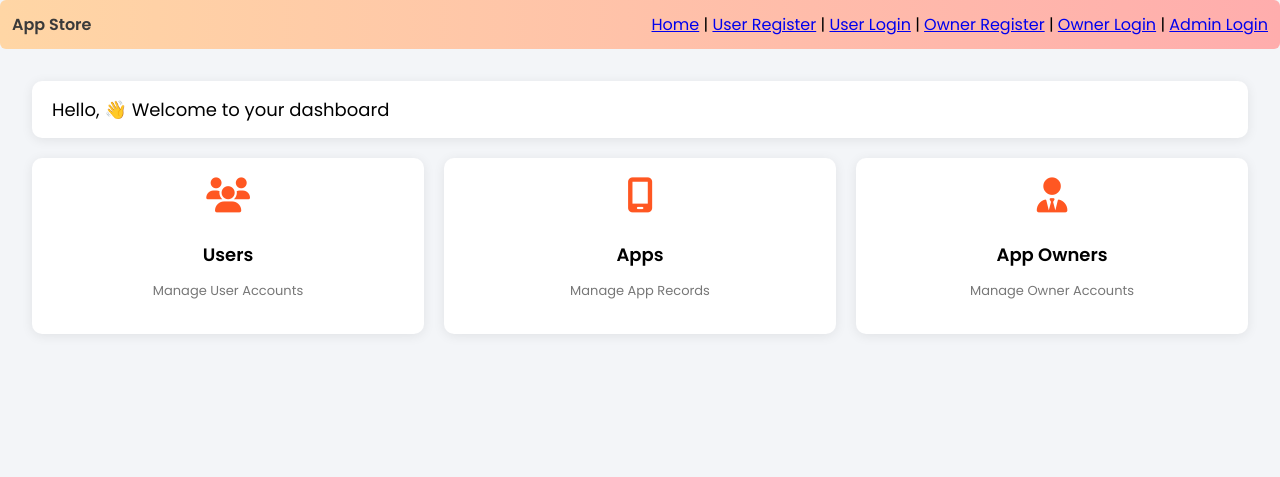
Repository: Harsh91400/Capstone_Project
Page: http://localhost/frontend-service/WEB-INF/views/admin-dashboard.jsp
The author's editor kept a copy of each file at every save. The page is drawn from the files as they stood at one save, then again after the next save.
The browser window is 1280 px wide. The pictures show the whole page.
The page is served by Tomcat 9. Nobody is signed in. Other server files are loaded and not shown. The template is opened directly, without the code that normally fills it, so the values that code supplies are empty.

Above is the page before, as saved 2025-12-05 07:27:29.

### spring-eureka-project/frontend-service/src/main/webapp/WEB-INF/views/admin-dashboard.jsp
<%@ taglib uri="http://java.sun.com/jsp/jstl/core" prefix="c" %>
<%@ page contentType="text/html;charset=UTF-8" language="java" %>
<html>
<head>
    <title>Admin Dashboard</title>

    <!-- Google Fonts + Icons CDN -->
    <link href="https://fonts.googleapis.com/css2?family=Poppins:wght@300;400;600&display=swap" rel="stylesheet">
    <link rel="stylesheet" href="https://cdnjs.cloudflare.com/ajax/libs/font-awesome/6.5.0/css/all.min.css">

    <style>
        body {
            font-family: 'Poppins', sans-serif;
            background: #f3f5f8;
            margin: 0;
            padding: 0;
        }
        .container {
            width: 95%;
            margin: auto;
            padding: 20px;
        }
        .welcome-box {
            background: #ffffff;
            padding: 15px 20px;
            border-radius: 10px;
            box-shadow: 0 2px 12px rgba(0,0,0,0.08);
            font-size: 18px;
            margin-bottom: 20px;
        }
        .welcome-box span {
            font-weight: 600;
            color: #ff5722;
        }

        /* ==== DASHBOARD CARDS ==== */
        .dashboard-cards {
            display: flex;
            justify-content: space-between;
            gap: 20px;
            margin-bottom: 25px;
        }
        .card {
            flex: 1;
            background: #fff;
            padding: 20px;
            border-radius: 10px;
            cursor: pointer;
            text-align: center;
            box-shadow: 0 2px 12px rgba(0,0,0,0.08);
            transition: 0.25s ease;
        }
        .card:hover {
            transform: translateY(-4px);
            box-shadow: 0 4px 18px rgba(0,0,0,0.12);
        }
        .card i {
            font-size: 35px;
            color: #ff5722;
            margin-bottom: 10px;
        }
        .card h3 {
            font-size: 18px;
            margin-bottom: 5px;
            font-weight: 600;
        }
        .card p {
            font-size: 13px;
            color: #777;
        }
        .card-active {
            border: 2px solid #ff9800;
        }

        /* === SECTION STYLE === */
        .section-title {
            margin-top: 10px;
            background: #ffcc80;
            padding: 6px 10px;
            border-radius: 4px;
            font-weight: 600;
        }

        table {
            border-collapse: collapse;
            width: 100%;
            background: white;
            font-size: 14px;
            box-shadow: 0 2px 12px rgba(0,0,0,0.08);
        }
        th, td {
            border: 1px solid #eee;
            padding: 8px;
        }
        th {
            background: #ffe0b2;
        }

        .btn-delete, .btn-activate {
            padding: 4px 8px;
            border-radius: 4px;
            border: none;
            cursor: pointer;
            font-size: 12px;
            color: white;
        }
        .btn-delete{
            background: #e53935;
        }
        .btn-activate {
            background: #43a047;
        }

        .badge-active {
            background: #43a047;
            color: white;
            padding: 3px 6px;
            border-radius: 4px;
        }
        .badge-inactive {
            background: #e53935;
            color: white;
            padding: 3px 6px;
            border-radius: 4px;
        }

        /* Sections hidden by default */
        .section-panel {
            display: none;
            margin-bottom: 25px;
        }
    </style>

    <script>
        // ek hi place pe state manage
        function showSection(section) {
            const sections = ['users', 'apps', 'owners'];

            sections.forEach(s => {
                const panel = document.getElementById(s + '-panel');
                const card  = document.getElementById(s + '-card');
                if (panel) {
                    panel.style.display = (s === section) ? 'block' : 'none';
                }
                if (card) {
                    if (s === section) card.classList.add('card-active');
                    else card.classList.remove('card-active');
                }
            });
        }

        // page load pe koi table nahi dikhana ho to kuch mat call karo
        // agar Users default dikhana ho to:
        // window.onload = function() { showSection('users'); };
    </script>
</head>
<body>

<jsp:include page="navbar.jsp"/>

<div class="container">

    <!-- WELCOME MESSAGE -->
    <div class="welcome-box">
        Hello, <span>${sessionScope.userName}</span> 👋
        Welcome to your dashboard
    </div>

    <!-- CARDS / TABS -->
    <div class="dashboard-cards">
        <div class="card" id="users-card" onclick="showSection('users')">
            <i class="fa-solid fa-users"></i>
            <h3>Users</h3>
            <p>Manage User Accounts</p>
        </div>

        <div class="card" id="apps-card" onclick="showSection('apps')">
            <i class="fa-solid fa-mobile-screen"></i>
            <h3>Apps</h3>
            <p>Manage App Records</p>
        </div>

        <div class="card" id="owners-card" onclick="showSection('owners')">
            <i class="fa-solid fa-user-tie"></i>
            <h3>App Owners</h3>
            <p>Manage Owner Accounts</p>
        </div>
    </div>

    <!-- USERS SECTION (hidden until card click) -->
    <div id="users-panel" class="section-panel">
        <div class="section-title">Users</div>
        <table>
            <tr>
                <th>ID</th><th>Name</th><th>Username</th><th>Email</th><th>Mobile</th><th>Status</th><th>Actions</th>
            </tr>
            <c:forEach var="u" items="${users}">
                <tr>
                    <td>${u.userId}</td>
                    <td>${u.firstName} ${u.lastName}</td>
                    <td>${u.userName}</td>
                    <td>${u.email}</td>
                    <td>${u.mobileNo}</td>
                    <td>
                        <c:if test="${u.status == 'ACTIVE'}">
                            <span class="badge-active">ACTIVE</span>
                        </c:if>
                        <c:if test="${u.status == 'INACTIVE'}">
                            <span class="badge-inactive">INACTIVE</span>
                        </c:if>
                    </td>
                    <td>
                        <form action="${pageContext.request.contextPath}/admins-ui/users/${u.userId}/delete"
                              method="post" style="display:inline">
                            <button type="submit" class="btn-delete">Delete</button>
                        </form>
                        <c:if test="${u.status == 'INACTIVE'}">
                            <form action="${pageContext.request.contextPath}/admins-ui/users/${u.userId}/activate"
                                  method="post" style="display:inline">
                                <button type="submit" class="btn-activate">Activate</button>
                            </form>
                        </c:if>
                    </td>
                </tr>
            </c:forEach>
        </table>
    </div>

    <!-- APPS SECTION -->
    <div id="apps-panel" class="section-panel">
        <div class="section-title">Apps</div>
        <table>
            <tr>
                <th>ID</th><th>Name</th><th>Owner ID</th><th>Genre</th><th>Type</th><th>Rating</th><th>Actions</th>
            </tr>
            <c:forEach var="a" items="${apps}">
                <tr>
                    <td>${a.appId}</td>
                    <td>${a.appName}</td>
                    <td>${a.appOwnerId}</td>
                    <td>${a.genre}</td>
                    <td>${a.appType}</td>
                    <td>${a.rating}</td>
                    <td>
                        <form action="${pageContext.request.contextPath}/admins-ui/apps/${a.appId}/delete"
                              method="post" style="display:inline">
                            <button type="submit" class="btn-delete">Delete</button>
                        </form>
                    </td>
                </tr>
            </c:forEach>
        </table>
    </div>

    <!-- OWNERS SECTION -->
    <div id="owners-panel" class="section-panel">
        <div class="section-title">App Owners</div>
        <table>
            <tr>
                <th>ID</th><th>Name</th><th>Username</th><th>Email</th><th>Mobile</th><th>Actions</th>
            </tr>
            <c:forEach var="owner" items="${owners}">
                <tr>
                    <td>${owner.appOwnerId}</td>
                    <td>${owner.firstName} ${owner.lastName}</td>
                    <td>${owner.userName}</td>
                    <td>${owner.email}</td>
                    <td>${owner.mobile}</td>
                    <td>
                        <form action="${pageContext.request.contextPath}/admins-ui/owners/${owner.appOwnerId}/delete"
                              method="post" style="display:inline">
                            <button type="submit" class="btn-delete">Delete</button>
                        </form>
                    </td>
                </tr>
            </c:forEach>
        </table>
    </div>

</div>
</body>
</html>

### spring-eureka-project/frontend-service/src/main/webapp/WEB-INF/views/navbar.jsp
<%@ taglib uri="http://java.sun.com/jsp/jstl/core" prefix="c" %>
<div style="background:linear-gradient(90deg,#ffd6a5,#ffadad);padding:12px;border-radius:6px;margin-bottom:12px;">
  <div style="display:flex;justify-content:space-between;align-items:center;">
    <div>
      <a href="${pageContext.request.contextPath}/" style="font-weight:bold;text-decoration:none;color:#3a3a3a">App Store</a>
    </div>
    <div>
      <c:choose>
        <c:when test="${not empty sessionScope.role and sessionScope.role == 'ADMIN'}">
          <a href="${pageContext.request.contextPath}/admins-ui/users">Users</a> |
          <a href="${pageContext.request.contextPath}/owners-ui/register">Add Owner</a> |
          <a href="${pageContext.request.contextPath}/">Apps</a> |
          <a href="${pageContext.request.contextPath}/logout">Logout</a>
        </c:when>
        <c:when test="${not empty sessionScope.role and sessionScope.role == 'OWNER'}">
          <a href="${pageContext.request.contextPath}/">Apps</a> |
          <a href="${pageContext.request.contextPath}/owners-ui/add-app">Add App</a> |
          <a href="${pageContext.request.contextPath}/logout">Logout</a>
        </c:when>
        <c:when test="${not empty sessionScope.role and sessionScope.role == 'USER'}">
          <a href="${pageContext.request.contextPath}/">Apps</a> |
          <a href="${pageContext.request.contextPath}/logout">Logout</a>
        </c:when>
        <c:otherwise>
          <a href="${pageContext.request.contextPath}/">Home</a> |
          <a href="${pageContext.request.contextPath}/users-ui/register">User Register</a> |
          <a href="${pageContext.request.contextPath}/users-ui/login">User Login</a> |
          <a href="${pageContext.request.contextPath}/owners-ui/register">Owner Register</a> |
          <a href="${pageContext.request.contextPath}/owners-ui/login">Owner Login</a> |
          <a href="${pageContext.request.contextPath}/admins-ui/login">Admin Login</a>
        </c:otherwise>
      </c:choose>
    </div>
  </div>
</div>

After the next save:
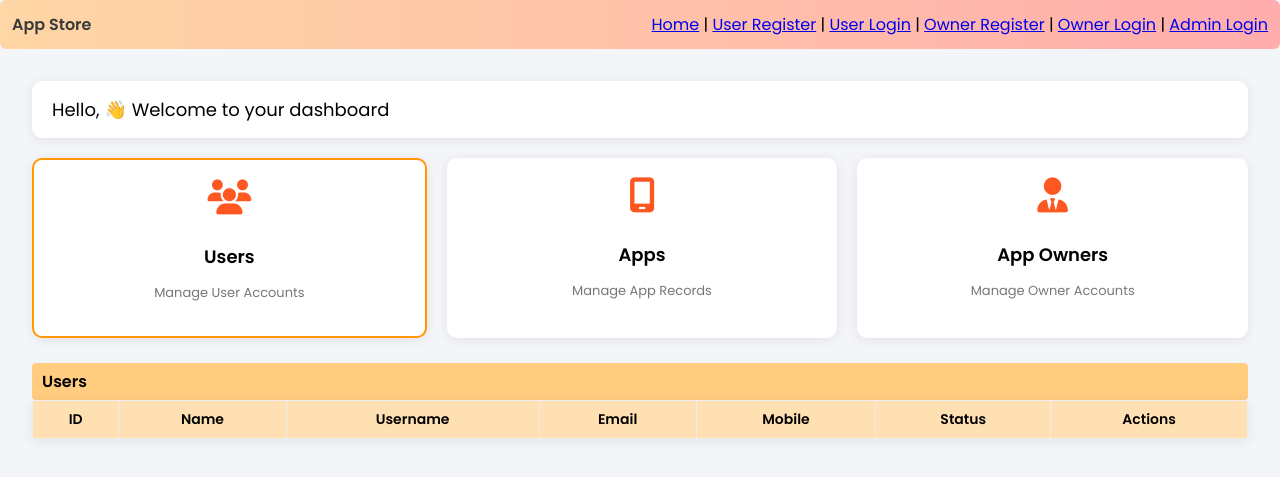
Saved 2 min 2 s later.
--- a/spring-eureka-project/frontend-service/src/main/webapp/WEB-INF/views/admin-dashboard.jsp
+++ b/spring-eureka-project/frontend-service/src/main/webapp/WEB-INF/views/admin-dashboard.jsp
@@ -7,7 +7,10 @@
     <!-- Google Fonts + Icons CDN -->
     <link href="https://fonts.googleapis.com/css2?family=Poppins:wght@300;400;600&display=swap" rel="stylesheet">
     <link rel="stylesheet" href="https://cdnjs.cloudflare.com/ajax/libs/font-awesome/6.5.0/css/all.min.css">
-
+	<script type="text/javascript">
+		window.onload = function() { showSection('users'); };
+
+	</script>
     <style>
         body {
             font-family: 'Poppins', sans-serif;
